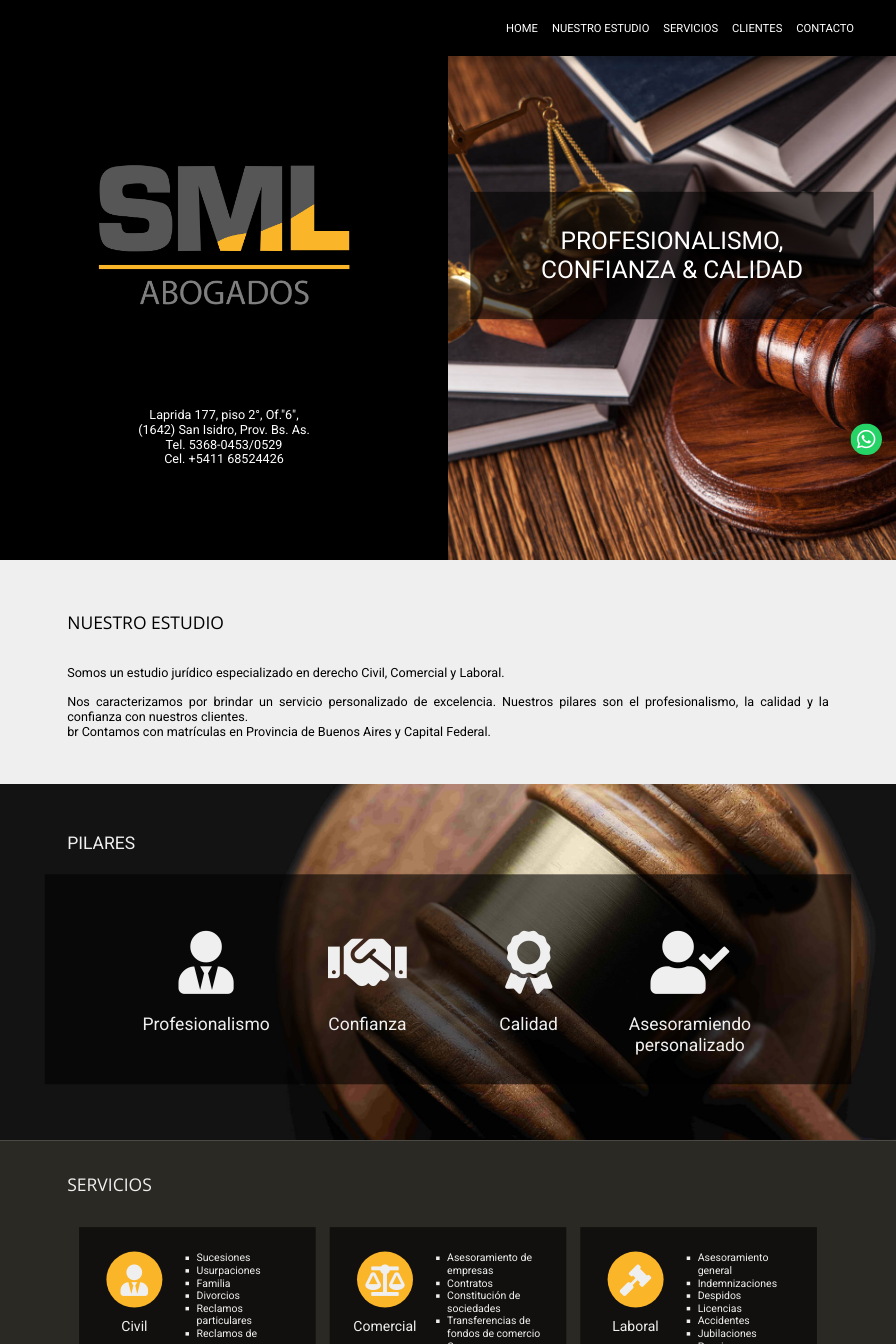
Repository: r-urchi/SML
Page: index.html
These files come from the project's save history. The page is drawn as it stood at one moment and after a run of saves; the edit follows.
The browser window is 1280 px wide. The pictures show the part of the page from y = 0 to 1920 px (the page is 3446 px tall), at 70% of full size.
Some web libraries are served in a nearby version. The style sheet was rebuilt from its Sass, Less or Tailwind sources for each picture, by a compiler version that may differ from the author's.

Above is the page before, as saved 2021-01-29 13:47:33.

### index.html
<!DOCTYPE html>
<html lang="es">
<head>
    <meta charset="UTF-8">
    <meta name="viewport" content="width=device-width, initial-scale=1.0">
    <meta name="format-detection" content="telephone=no">
    <meta name="description" content="Somos un estudio jurídico boutique especializado en derecho Civil, Comercial y Laboral. Nos caracterizamos por brindar un servicio personalizado de excelencia. Nuestros Pilares son el profesionalismo, la cercanía y la confianza con nuestros clientes. Contamos con Matrículas en Provincia de Buenos Aires y Capital Federal.">
    <meta name="keywords" content="abogados, estudio juridico, argentina, capital federal, buenos aires, asesoria, resolucion, disputas, consulta juridica, legal, bufete de abogados, equipo de abogados, comercial, fuero civil, familia, fuero comercial, fuero laboral, extrajudicial">
    <link rel="preconnect" href="https://fonts.gstatic.com">
    <link rel="stylesheet" href="https://cdnjs.cloudflare.com/ajax/libs/font-awesome/5.13.0/css/all.min.css">
    <script src="js/jquery-3.5.1.min.js"></script>
    <link rel="preconnect" href="https://fonts.gstatic.com">
    <link href="https://fonts.googleapis.com/css2?family=Open+Sans:wght@300;400;700&family=Roboto:wght@300;400;700&display=swap" rel="stylesheet">
    <link rel="stylesheet" href="css/main.css">
    <link rel="icon" type="image/jpg" href="img/icon.ico">
    <title>SML - Abogados</title>
</head>
<body>

    <span class="ir-arriba"><i class="fas fa-chevron-circle-up"></i></span>
    <a href="https://api.whatsapp.com/send?text=&phone=541168524426" target="_blank" class="btn-whatsapp"><span>CONTACTANOS POR WHATSAPP</span><i class="fab fa-whatsapp"></i></a>

    <nav class="nav-desktop">
        <ul class="nav-desktop__lista">
            <li><a href="#home">HOME</a></li>
            <li><a href="#estudio">NUESTRO ESTUDIO</a></li>
            <li><a href="#servicios">SERVICIOS</a></li>
            <li><a href="#clientes">CLIENTES</a></li>
            <li><a href="#contacto">CONTACTO</a></li>
        </ul>
    </nav>

    <header class="header" id="home">

        <div class="portada contenedor-portada">
            <div class="portada__img">
                <img src="img/logo-alta.png" alt="logo">
            </div>

            <div class="portada__datos">
                <p>Laprida 177, piso 2°, Of."6", <br/> (1642) San Isidro, Prov. Bs. As. <br/>
                Tel. 5368-0453/0529<br/>
                Cel. +5411 68524426</p>
            </div>
        </div>

        <div class="contenedor-portada-mobile">

            <div class="nav">
                <div class="nav__logo">
                    <img src="img/logo-alta.png" alt="logo">
                </div>

                <div class="menu-mobile" id="nav">
                    <section class="contenedor nav-mobile">

                        <ul class="enlaces-mobile">
                            <li><a href="#home">HOME</a></li>
                            <li><a href="#estudio">NUESTRO ESTUDIO</a></li>
                            <li><a href="#servicios">SERVICIOS</a></li>
                            <li><a href="#clientes">CLIENTES</a></li>
                            <li><a href="#contacto">CONTACTO</a></li>
                        </ul>


                        <div class="hamburguer">
                            <i class="fas fa-bars" id="iconoMenu" ></i>
                        </div>
                    </section>
                </div>
            </div>

            <div class="portada-titulo">
                <h2>PROFESIONALISMO, CONFIANZA & CALIDAD</h2>
            </div>

            <div class="portada__datos foot">
                <p>Laprida 177, piso 2°, Of."6", <br/> (1642) San Isidro, Prov. Bs. As. <br/>
                Tel. 5368-0453/0529<br/>
                Cel. +5411 68524426</p>
            </div>

        </div>
    </header>

    <section class="estudio contenedor-estudio" id="estudio">

        <div class="estudio__img">
            <img src="img/logo-alta.png" alt="logo">
        </div>

        <div class="estudio__info">
            <h2 class="estudio__titulo">NUESTRO ESTUDIO</h2>

                <p class="estudio__descripcion">
                    Somos un estudio jurídico especializado en derecho Civil, Comercial y Laboral.
                    <br><br>
                    Nos caracterizamos por brindar un servicio personalizado de excelencia. Nuestros pilares son el profesionalismo, la calidad y la confianza con nuestros clientes.
                    <br>br
                    Contamos con matrículas en Provincia de Buenos Aires y Capital Federal.
                </p>

        </div>
    </section>

    <section class="pilares contenedor-pilares">

        <div class="pilares-titulo">
            <h2 class="estudio__titulo-desktop">PILARES</h2>
        </div>

        <div class="pilares__contenedor">
            <h2 class="estudio__titulo-mobile">PILARES</h2>

            <div class="pilares__iconos">
                <div class="pilares__icono-titulo">
                    <span><i class="fas fa-user-tie"></i></span>
                    <p>Profesionalismo</p>
                </div>
                <div class="pilares__icono-titulo">
                    <span><i class="fas fa-handshake"></i></span>
                    <p>Confianza</p>
                </div>
                <div class="pilares__icono-titulo">
                    <span><i class="fas fa-award"></i></span>
                    <p>Calidad</p>
                </div>
                <div class="pilares__icono-titulo">
                    <span><i class="fas fa-user-check"></i></span>
                    <p>Asesoramiendo personalizado</p>
                </div>
            </div>
        </div>

    </section>

    <section class="servicios contenedor-servicios" id="servicios">

        <h2 class="servicios__titulo">SERVICIOS</h2>

        <div class="servicios__item-contenedor">
            <div class="servicios__item">
                <div class="servicios__icono-titulo">
                    <span><i class="fas fa-user-tie"></i></span>
                    <h3>Civil</h3>
                </div>
                <ul>
                    <li>Sucesiones</li>
                    <li>Usurpaciones</li>
                    <li>Familia</li>
                    <li>Divorcios</li>
                    <li>Reclamos particulares</li>
                    <li>Reclamos de seguros e inmobiliarias</li>
                    <li>Cobranzas judiciales y extrajudiciales</li>
                    <li>Accidentes</li>
                </ul>
            </div>
            <div class="servicios__item">
                <div class="servicios__icono-titulo">
                    <span><i class="fas fa-balance-scale"></i></span>
                    <h3>Comercial</h3>
                </div>
                <ul>
                    <li>Asesoramiento de empresas</li>
                    <li>Contratos</li>
                    <li>Constitución de sociedades</li>
                    <li>Transferencias de fondos de comercio</li>
                    <li>Concursos y quiebras</li>
                    <li>Verificaciones de crédito</li>
                </ul>
            </div>
            <div class="servicios__item">
                <div class="servicios__icono-titulo">
                    <span><i class="fas fa-gavel"></i></span>
                    <h3>Laboral</h3>
                </div>
                <ul>
                    <li>Asesoramiento general</li>
                    <li>Indemnizaciones</li>
                    <li>Despidos</li>
                    <li>Licencias</li>
                    <li>Accidentes</li>
                    <li>Jubilaciones</li>
                    <li>Pensiones</li>
                </ul>
            </div>
        </div>

    </section>

    <section class="clientes contenedor-clientes" id="clientes">

        <div class="clientes-titulo">
            <h2 class="clientes__titulo-desktop">ALGUNOS CLIENTES QUE CONFIARON EN NOSOTROS</h2>
        </div>

        <div class="clientes__card">

            <h2 class="clientes__titulo">ALGUNOS CLIENTES QUE CONFIARON EN NOSOTROS</h2>

            <ul class="clientes__mobile">
                <li>Estoicos Financial Group SRL</li>
                <li>CIPSE Construcciones SRL</li>
                <li>Kankay Grills SAS</li>
                <li>Violeta Massey Pattiserie - Recoleta</li>
                <li>Industrias Pampa SRL</li>
                <li>Empresas Rodobens SA</li>
                <li>BBVA</li>
                <li>Rombo Compañía Financiera</li>
                <li>Volkswagen Financial Services</li>
                <li>Lubricantes Munro SA</li>
                <li>Wulp Pagos Electrónicos SRL</li>
                <li>LATeam Foods</li>
                <li>Clientes particulares</li>
            </ul>

            <div class="clientes__desktop">
                <ul >
                    <li>Estoicos Financial Group SRL</li>
                    <li>CIPSE Construcciones SRL</li>
                    <li>Kankay Grills SAS</li>
                    <li>Violeta Massey Pattiserie - Recoleta</li>
                    <li>Industrias Pampa SRL</li>
                    <li>Empresas Rodobens SA</li>
                    <li>BBVA</li>
                </ul>
                <ul>
                    <li>Rombo Compañía Financiera</li>
                    <li>Volkswagen Financial Services</li>
                    <li>Lubricantes Munro SA</li>
                    <li>Wulp Pagos Electrónicos SRL</li>
                    <li>LATeam Foods</li>
                    <li>Clientes particulares</li>
                </ul>
            </div>
        </div>
    </section>

    <section class="contacto contenedor-contacto">

            <div class="contacto__datos" id="contacto">
                <h2>CONSULTANOS POR ASESORAMIENTO PERSONALIZADO</h2>
            </div>

            <form class="formulario" action="contacto.php" method="POST" data-netlify="true">

                <div class="formulario__contenedor">

                    <div class="formulario__grupo nombre">
                        <input type="text" name="nombre" id="" placeholder="Nombre*" maxlength="30" required>
                    </div>

                    <div class="formularo__telYmail">
                        <div class="formulario__grupo email">
                            <input type="email" name="email" id="" placeholder="E-mail*" required>
                        </div>
                        <div class="formulario__grupo telefono">
                            <input type="number" name="telefono" id="" placeholder="Teléfono*" required>
                        </div>
                    </div>
                    <div class="formulario__grupo textarea">
                        <textarea name="consulta" id="" rows="3" placeholder="Consulta*" maxlength="300" required></textarea>
                    </div>

                    <button type="submit" class="formulario__boton">Enviar</button>

                    <!-- <a href="https://api.whatsapp.com/send?text=&phone=541168524426" target="_blank" class="btn-whatsapp"><i class="fab fa-whatsapp"></i>CONTACTANOS POR WHATSAPP</a> -->

                </div>

            </form>

    </section>

    <footer class="footer">

        <div class="footer__contenedor">

            <div class="footer__datos">
                <p>Laprida 177, piso 2°, Of."6", <br> (1642) San Isidro, Prov. Bs. As. <br/>
                Tel. 5368-0453/0529<br/>
                Cel. +5411 68524426</p>
            </div>

            <div class="footer__datos-desktop">
                <p>Laprida 177, piso 2°, Of."6", <br> (1642) San Isidro, Prov. Bs. As. </p>
                <p>Tel. 5368-0453/0529 <br>
                Cel. +5411 68524426</p>
            </div>

            <div class="footer__img">
                <img src="img/logo-alta.png" alt="logo">
            </div>

        </div>

    </footer>

    <script src="js/menuMobile.js"></script>
    <script src="js/botonArriba.js"></script>
</body>
</html>

### css/main.sass
@import _basicos

@import _menu

@import _header

@import _estudio

@import _pilares

@import _servicios

@import clientes

@import _contacto

@import _footer

@import _responsive

### css/_basicos.sass
*
    margin: 0
    padding: 0
    box-sizing: border-box
    --white: #FFFFFF

html
    scroll-behavior: smooth

body
    font-family: 'Roboto', sans-serif
    background: #d5d1d1

button,
a,
input,
textarea
    outline: none

input[type=number]::-webkit-inner-spin-button,
input[type=number]::-webkit-outer-spin-button
  -webkit-appearance: none
  margin: 0

.ir-arriba
    display: none
    background: none
    font-size: 20px
    color: #fab529
    cursor: pointer
    position: fixed
    bottom: 20px
    right: 20px
    i
        font-size: 45px

.btn-whatsapp
    width: 45px
    height: 45px
    padding: 8px
    text-align: center
    background: none
    cursor: pointer
    position: fixed
    background: #25D366
    color: #fff
    bottom: 70px
    right: 20px
    border-radius: 50%
    i
        font-size: 30px
        line-height: 30px
    span
        font-size: 12px
        display: none
        margin-right: 20px
    &:hover
        width: 245px
        border-radius: 50px
        display: -webkit-box
        display: -ms-flexbox
        display: flex
        -webkit-box-align: center
        -ms-flex-align: center
        align-items: center
        -webkit-box-pack: center
        -ms-flex-pack: center
        justify-content: center
        text-decoration: none
        span
            display: -webkit-box
            display: -ms-flexbox
            display: flex

### css/_header.sass
.header
    width: 100%
    display: -webkit-box
    display: -ms-flexbox
    display: flex
    -webkit-box-pack: center
    -ms-flex-pack: center
    justify-content: center
    -webkit-box-align: center
    -ms-flex-align: center
    align-items: center
    .portada
        display: none

.nav
    width: 100%
    height: 80px
    display: -webkit-box
    display: -ms-flexbox
    display: flex
    -webkit-box-pack: justify
    -ms-flex-pack: justify
    justify-content: space-between
    -webkit-box-align: center
    -ms-flex-align: center
    align-items: center
    padding: 20px
    margin-top: 35px
    margin-bottom: 35px

.nav__logo
    width: 100px
    height: 100px
    display: -webkit-box
    display: -ms-flexbox
    display: flex
    -webkit-box-pack: center
    -ms-flex-pack: center
    justify-content: center
    -webkit-box-align: center
    -ms-flex-align: center
    align-items: center
    background: #000000
    img
        width: 90%

.portada-titulo
    width: 90%
    margin: 20px 0
    h2
        color: #ffffff
        background: rgba(0, 0, 0, .6)
        padding: 30px
        text-align: center
        font-size: 20px
        font-weight: 400
        margin-bottom: 150px

.portada__datos
    width: 90%
    margin: 20px 0
    p
        color: #ffffff
        background: rgba(0, 0, 0, .6)
        padding: 10px 30px
        text-align: center
        font-size: 15px

.contenedor-portada-mobile
    width: 100%
    height: 100vh
    display: -webkit-box
    display: -ms-flexbox
    display: flex
    -ms-flex-pack: distribute
    justify-content: space-around
    -webkit-box-align: center
    -ms-flex-align: center
    align-items: center
    -webkit-box-orient: vertical
    -webkit-box-direction: normal
    -ms-flex-direction: column
    flex-direction: column
    background-image: url(../img/law-firm.jpg)
    background-repeat: no-repeat
    background-size: cover
    background-position: center

### css/_estudio.sass
.contenedor-estudio
    width: 100%
    height: 100%
    display: -webkit-box
    display: -ms-flexbox
    display: flex
    -webkit-box-pack: center
    -ms-flex-pack: center
    justify-content: center
    -webkit-box-align: center
    -ms-flex-align: center
    align-items: center
    -webkit-box-orient: vertical
    -webkit-box-direction: normal
    -ms-flex-direction: column
    flex-direction: column
    background: #efefef
    padding: 30px 0 45px 0

.estudio__img
    width: 100%
    display: none
    -webkit-box-pack: center
    -ms-flex-pack: center
    justify-content: center
    margin: 20px 0
    img
        width: 200px

.estudio__info
    width: 80%
    display: -webkit-box
    display: -ms-flexbox
    display: flex
    -webkit-box-pack: center
    -ms-flex-pack: center
    justify-content: center
    -webkit-box-align: center
    -ms-flex-align: center
    align-items: center
    -webkit-box-orient: vertical
    -webkit-box-direction: normal
    -ms-flex-direction: column
    flex-direction: column
    h2
        font-size: 25px
        margin: 20px 0
        font-weight: 400
        font-family: 'Open Sans', sans-serif
    .estudio__descripcion
        font-size: 16px
        text-align: center

### css/_clientes.sass
.contenedor-clientes
    width: 100%
    height: 100%
    display: -webkit-box
    display: -ms-flexbox
    display: flex
    -webkit-box-pack: center
    -ms-flex-pack: center
    justify-content: center
    -webkit-box-align: center
    -ms-flex-align: center
    align-items: center
    -webkit-box-orient: vertical
    -webkit-box-direction: normal
    -ms-flex-direction: column
    flex-direction: column
    background-image: url(../img/clientes.jpg)
    background-repeat: no-repeat
    background-size: cover
    background-position: center

.clientes__desktop
    display: none

.clientes__card
    width: 90%
    background: rgba(0, 0, 0, .6)
    margin: 30px 0
    color: #ffffff
    h2
        font-size: 25px
        margin: 45px 0
        font-weight: 400
        text-align: center
        font-family: 'Open Sans', sans-serif
    ul
        margin: 0 50px 20px 50px
        list-style-type: square

### css/_contacto.sass
.contenedor-contacto
    width: 100%
    height: 100%
    display: -webkit-box
    display: -ms-flexbox
    display: flex
    -ms-flex-pack: distribute
    justify-content: space-around
    -webkit-box-align: center
    -ms-flex-align: center
    align-items: center
    -webkit-box-orient: vertical
    -webkit-box-direction: normal
    -ms-flex-direction: column
    flex-direction: column
    background: #efefef

.formulario
    width: 90%
    padding: 20px 0

.formulario__contenedor
    display: -webkit-box
    display: -ms-flexbox
    display: flex
    -webkit-box-pack: center
    -ms-flex-pack: center
    justify-content: center
    -webkit-box-align: center
    -ms-flex-align: center
    align-items: center
    -webkit-box-orient: vertical
    -webkit-box-direction: normal
    -ms-flex-direction: column
    flex-direction: column

.formulario__grupo
    width: 90%
    input
        width: 100%
        margin: 10px 0
        padding: 10px
        font-size: 16px
        border: none
    textarea
        width: 100%
        height: 85px
        margin: 10px 0
        padding: 10px
        font-family: 'Roboto', sans-serif
        resize: none
        font-size: 16px
        border: none

.formularo__telYmail
    width: 90%
    display: -webkit-box
    display: -ms-flexbox
    display: flex
    -webkit-box-pack: center
    -ms-flex-pack: center
    justify-content: center
    -webkit-box-align: center
    -ms-flex-align: center
    align-items: center
    -webkit-box-orient: vertical
    -webkit-box-direction: normal
    -ms-flex-direction: column
    flex-direction: column
    .email, .telefono
        width: 100%

.formulario__boton
    width: 90%
    height: 45px
    background: #fab529
    border: none
    border-radius: 5px
    margin: 10px 0
    font-size: 16px
    -webkit-transition: all .3s ease
    -o-transition: all .3s ease
    transition: all .3s ease
    cursor: pointer
    -webkit-box-shadow: 3px 6px 11px 0px rgba(0,0,0,0.49)
    box-shadow: 3px 6px 11px 0px rgba(0,0,0,0.49)
    &:hover
        background: #b18122

.contacto__datos
    width: 90%
    margin: 20px 0
    h2
        color: #000
        padding: 10px
        text-align: center
        font-size: 18px

// .btn-whatsapp
//     width: 250px
//     margin: 10px 0
//     padding: 10px
//     background: #25D366
//     color: #fff
//     font-size: 12px
//     text-decoration: none
//     border-radius: 5px
//     display: flex
//     align-items: center
//     justify-content: center
//     transition: all .3s ease
//     i
//         font-size: 25px
//         margin-right: 10px
//     &:hover
//         background: #075E54

### css/_footer.sass
.footer
    display: -webkit-box
    display: -ms-flexbox
    display: flex
    -webkit-box-pack: center
    -ms-flex-pack: center
    justify-content: center
    -webkit-box-align: center
    -ms-flex-align: center
    align-items: center

.footer__contenedor
    width: 80%
    height: 100%
    display: -webkit-box
    display: -ms-flexbox
    display: flex
    -ms-flex-pack: distribute
    justify-content: space-around
    background: #d5d1d1

.footer__datos
    width: 70%
    color: #575656
    display: -webkit-box
    display: -ms-flexbox
    display: flex
    -webkit-box-pack: center
    -ms-flex-pack: center
    justify-content: center
    -webkit-box-align: center
    -ms-flex-align: center
    align-items: center
    p
        font-size: 14px

.footer__img
    width: 25%
    margin: 30px 0 30px 0
    display: -webkit-box
    display: -ms-flexbox
    display: flex
    -webkit-box-pack: center
    -ms-flex-pack: center
    justify-content: center
    -webkit-box-align: center
    -ms-flex-align: center
    align-items: center
    img
        width: 90px

Loaded but not shown: js/jquery-3.5.1.min.js (library); js/menuMobile.js (30 lines, source omitted); js/botonArriba.js (15 lines, source omitted); css/_responsive.sass (236 lines, source omitted); css/_menu.sass (113 lines, source omitted); css/_servicios.sass (98 lines, source omitted); css/_pilares.sass (81 lines, source omitted)

After the next 3 saves:
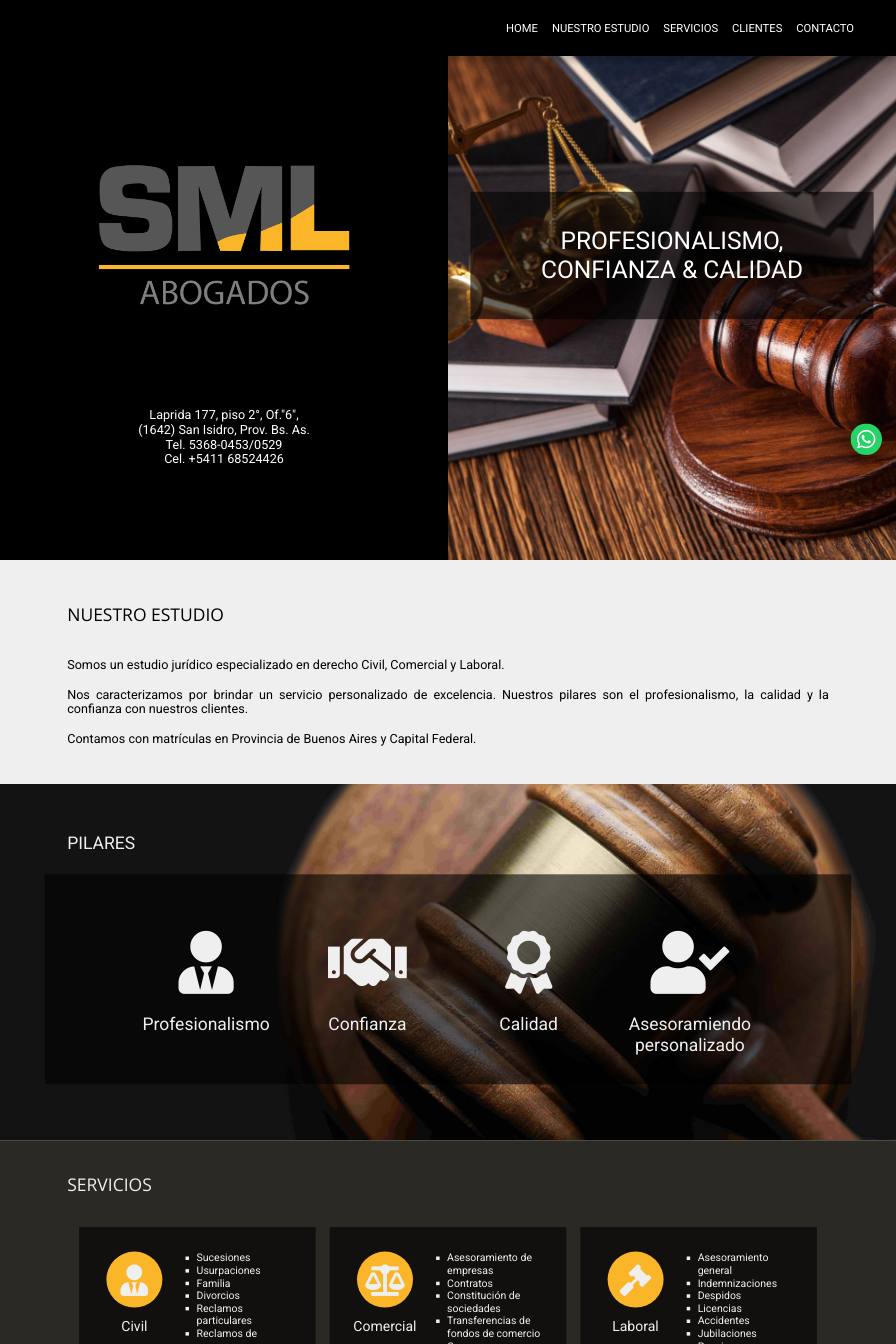
The 3 saves are shown as one change because they came seconds apart.
The last was saved 7 s later.
--- a/index.html
+++ b/index.html
@@ -96,7 +96,7 @@
                     Somos un estudio jurídico especializado en derecho Civil, Comercial y Laboral.
                     <br><br>
                     Nos caracterizamos por brindar un servicio personalizado de excelencia. Nuestros pilares son el profesionalismo, la calidad y la confianza con nuestros clientes.
-                    <br>br
+                    <br><br>
                     Contamos con matrículas en Provincia de Buenos Aires y Capital Federal.
                 </p>
 
